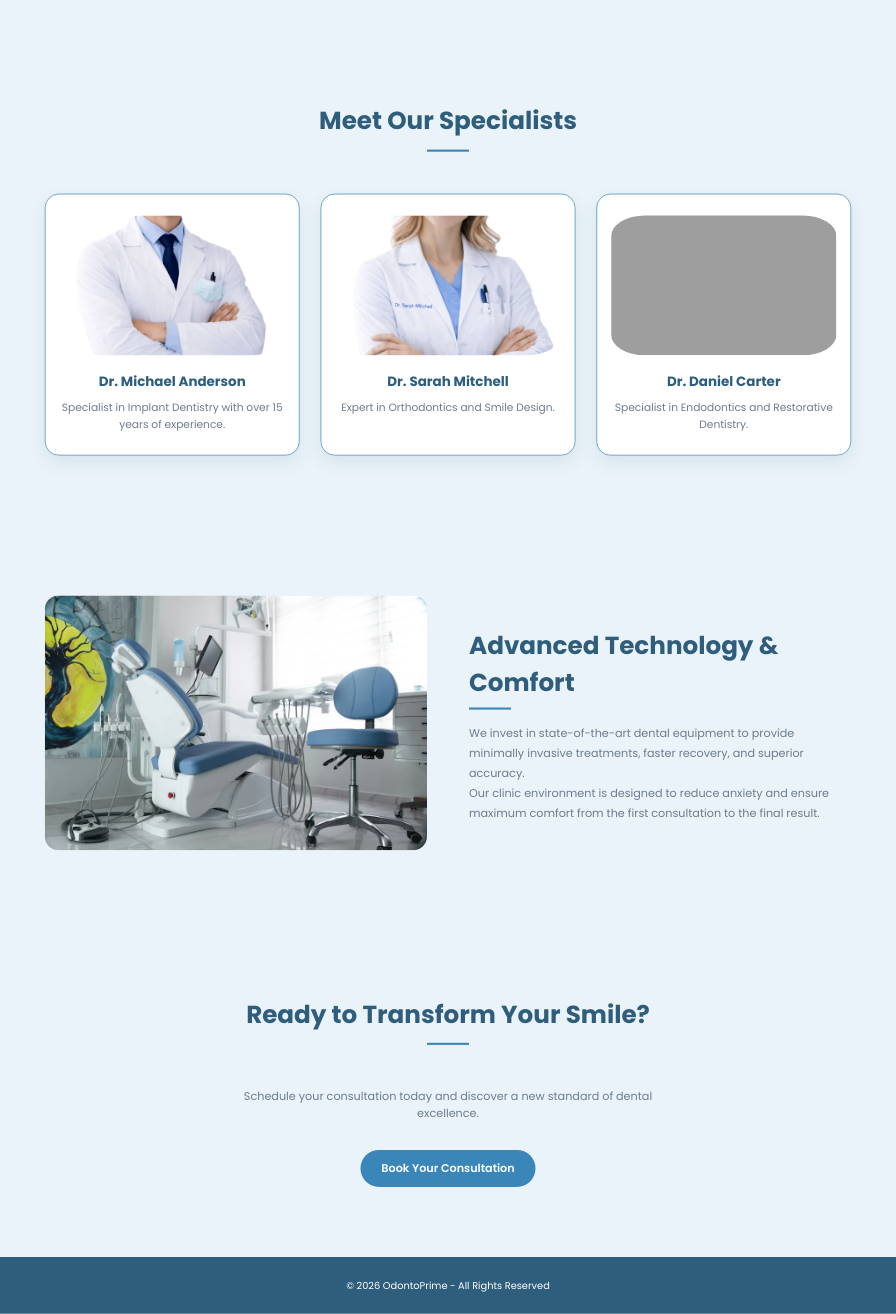
Repository: davidfsillva/OdontoPrime
Page: about.html
An editor plug-in stored every save of this project. The page is shown before and after the next save, followed by the edit.
The browser window is 1280 px wide. The pictures show the part of the page from y = 1534 to 3454 px (the page is 3411 px tall before and 3454 px after), at 70% of full size.
Pictures or frames that could not be fetched are drawn as grey boxes. A picture or video elsewhere on the page could not be fetched, so the positions and the page height are approximate.

Above is the page before, as saved 2026-02-16 22:59:51.

### about.html
<!DOCTYPE html>
<html lang="en">
<head>
<meta charset="UTF-8">
<meta name="viewport" content="width=device-width, initial-scale=1.0">
<title>About - OdontoPrime Excellence</title>

<link rel="stylesheet" href="style.css">
<link href="https://fonts.googleapis.com/css2?family=Poppins:wght@300;400;600;700&display=swap" rel="stylesheet">
</head>


<body>

<!-- HEADER -->
<header>
    <div class="container nav-container">
        <div class="logo">OdontoPrime</div>

        <nav id="nav">
            <a href="index.html">Home</a>
            <a href="about.html" class="active">About</a>
            <a href="services.html">Services</a>
            <a href="contact.html">Contact</a>
        </nav>

        <div class="menu-toggle" onclick="toggleMenu()">☰</div>
    </div>
</header>

<!-- HERO ABOUT -->
<section class="hero hero-about">
    <div class="container hero-content">
        <div class="hero-text">
            <h1>About OdontoPrime Excellence</h1>
            <p>
                Dedicated to delivering advanced dental care with precision,
                innovation, and a patient-centered approach.
            </p>
        </div>
    </div>
</section>

<!-- OUR STORY -->
<section class="about-preview">
    <div class="container about-grid">
        <div class="about-text">
            <h2>Our Story</h2>
            <p>
                Founded over a decade ago, OdontoPrime Excellence was created with a clear mission:
                to redefine modern dentistry through innovation, comfort, and excellence.
                Our clinic combines advanced technology with a humanized approach,
                ensuring each patient receives personalized and comprehensive care.
            </p>

            <p>
                Over the years, we have built a reputation for delivering long-lasting results,
                aesthetic precision, and preventive solutions that promote complete oral health.
            </p>
        </div>

        <div class="about-image">
            <img src="img/clinic-interior.webp" alt="Dental clinic interior">
        </div>
    </div>
</section>

<!-- MISSION VISION VALUES -->
<section class="departments">
    <div class="container">
        <h2>Our Principles</h2>

        <div class="dept-grid">

            <div class="card">
                <h3>Our Mission</h3>
                <p>
                    To provide exceptional dental care using modern techniques,
                    ensuring comfort, safety, and long-term oral health.
                </p>
            </div>

            <div class="card">
                <h3>Our Vision</h3>
                <p>
                    To become a reference in advanced aesthetic and restorative dentistry,
                    recognized for innovation and patient satisfaction.
                </p>
            </div>

            <div class="card">
                <h3>Our Values</h3>
                <p>
                    Ethics, transparency, precision, empathy, and commitment
                    to excellence in every treatment performed.
                </p>
            </div>

        </div>
    </div>
</section>

<!-- OUR TEAM -->
<section class="departments about-cards">
    <div class="container">
        <h2>Meet Our Specialists</h2>

        <div class="dept-grid">

            <div class="card">
                <img src="img/dr - Copia.png" alt="Lead dentist">
                <h3>Dr. Michael Anderson</h3>
                <p>Specialist in Implant Dentistry with over 15 years of experience.</p>
            </div>

            <div class="card">
                <img src="img/sara.png" alt="Orthodontist">
                <h3>Dr. Sarah Mitchell</h3>
                <p>Expert in Orthodontics and Smile Design.</p>
            </div>

            <div class="card">
                <img src="img/dentist3.webp" alt="Endodontist">
                <h3>Dr. Daniel Carter</h3>
                <p>Specialist in Endodontics and Restorative Dentistry.</p>
            </div>

        </div>
    </div>
</section>

<!-- WHY CHOOSE US EXTENDED -->
<section class="about-preview">
    <div class="container about-grid">

        <div class="about-image">
            <img src="img/photo.webp" alt="Dental technology">
        </div>

        <div class="about-text">
            <h2>Advanced Technology & Comfort</h2>
            <p>
                We invest in state-of-the-art dental equipment to provide
                minimally invasive treatments, faster recovery, and superior accuracy.
            </p>

            <p>
                Our clinic environment is designed to reduce anxiety and ensure
                maximum comfort from the first consultation to the final result.
            </p>
        </div>

    </div>
</section>

<!-- CALL TO ACTION -->
<section class="departments">
    <div class="container" style="text-align:center;">
        <h2>Ready to Transform Your Smile?</h2>
        <p style="max-width:600px; margin:20px auto; color:var(--text-medium);">
            Schedule your consultation today and discover a new standard of dental excellence.
        </p>

        <a href="contact.html" class="btn-view">Book Your Consultation</a>
    </div>
</section>

<!-- FOOTER -->
<footer>
    <p>© 2026 OdontoPrime - All Rights Reserved</p>
</footer>


<!-- BOTÃO VOLTAR AO TOPO -->
<a href="#" class="back-to-top" id="backToTop">↑</a>

<script src="script.js"></script>


</body>
</html>

### style.css
:root{

    --primary-blue: #2F5D7C;
    --secondary-blue: #4F7FA3;
    --accent-blue: #3A86B9;

    --bg-light: #EAF3F9;
    --white: #FFFFFF;
    --off-white: #E6EEF5;

    --text-dark: #2E3A46;
    --text-medium: #6B7C8F;

    --hero-gradient-start: rgba(47, 93, 124, 0.95);
    --hero-gradient-end: rgba(79, 127, 163, 0.85);

    --shadow-soft: 0 5px 20px rgba(47, 93, 124, 0.08);
}

*{
    margin:0;
    padding:0;
    box-sizing:border-box;
    font-family:'Poppins', sans-serif;
}

body{
    background:var(--bg-light);
    color:var(--text-dark);
}

.container{
    width:90%;
    max-width:1200px;
    margin:auto;
}

/* HEADER */

nav{
    display:flex;
    align-items:center;
}

header{
    position:absolute;
    width:100%;
    padding:25px 0;
    z-index:1000;
    background:transparent;
}

.nav-container{
    display:flex;
    justify-content:space-between;
    align-items:center;
}

.logo{
    font-weight:700;
    font-size:1.9rem;
    color:var(--white);
    text-shadow: 0 3px 8px rgba(0, 0, 0, 0.5);
}

nav a{
    margin-left:25px;
    text-decoration:none;
    color:var(--white);
    font-weight:500;
    transition:0.3s;
}

nav a:hover{
    color:var(--accent-blue);
}

.menu-toggle{
    display:none;
    font-size:24px;
    cursor:pointer;
    color:var(--white);
}

nav a.active{
    color: var(--accent-blue);
    font-weight: 600;
    position: relative;
}

/* HERO */

.hero{
    min-height:100vh;
    display:flex;
    align-items:center;
    background:
    linear-gradient(to right,
    rgba(79, 127, 163, 0.438),
    rgba(58, 134, 185, 0.048)),
    url('img/hero.webp') center/cover no-repeat;
    color:var(--white);
    padding:0 0;
    position:relative;
}

.hero-content{
    width:100%;
}

.hero-text{
    max-width:600px;
}

.hero h1{
    font-size:2.8rem;
    margin-bottom:20px;
    font-weight:700;
    line-height:1.2;
    text-shadow: 0 3px 8px rgba(0, 0, 0, 0.5);
}

.hero p{
    margin-bottom:25px;
    max-width:500px;
    font-size:16px;
    line-height:1.6;
    color:var(--white);
    text-shadow: 0 3px 8px rgba(0, 0, 0, 0.5);
}

.hero-about{
    background: var(--primary-blue);
    min-height: 60vh;
}


/* HERO STATS */

.hero-stats{
    position:absolute;
    bottom:0px;
    left:60%;
    transform:translateX(-50%);
    width:90%;
    max-width:1100px;
    display:grid;
    grid-template-columns:repeat(auto-fit, minmax(180px,1fr));
    gap:20px;
    padding:25px 40px;
    background:rgba(255,255,255,0.15);
    backdrop-filter:blur(15px);
    -webkit-backdrop-filter:blur(15px);
    border-radius:20px 0px 0px 0px;
    border:1px solid rgba(255,255,255,0.2);
}

.stat-item{
    text-align:center;
    color:var(--white);
}

.stat-item h2{
    font-size:2rem;
    font-weight:700;
}

.stat-item p{
    font-size:0.9rem;
    opacity:0.9;
}

/* BUTTONS */

.btn{
    padding:14px 30px;
    background:var(--white);
    border:none;
    color:var(--primary-blue);
    font-weight:600;
    border-radius:30px;
    cursor:pointer;
    transition:0.3s;
}

.btn:hover{
    background:var(--accent-blue);
    color:var(--white);
    transform:translateY(-3px);
}

.btn-view {
    padding:14px 30px;
    background:var(--accent-blue);
    border:none;
    color:var(--white);
    font-weight:600;
    border-radius:30px;
    cursor:pointer;
    transition:0.3s;
    text-decoration: none;
    text-align: center;
    display: block;
    width: fit-content;
    margin:40px auto 0;
}

.btn-view:hover {
    transform: translateY(-5px);
    box-shadow: 0 15px 30px rgba(0,0,0,0.2);
}

/* ABOUT */
.about-image{
    position:relative;
    overflow:hidden;
}


.about-preview{
    padding:100px 0;
}

.about-grid{
    display:grid;
    grid-template-columns:1fr 1fr;
    gap:60px;
    align-items:center;
}

.about-text h2{
    font-size:2.2rem;
    color:var(--primary-blue);
    margin-bottom:20px;
    position:relative;
}

.about-text h2::after{
    content:"";
    width:60px;
    height:3px;
    background:var(--accent-blue);
    display:block;
    margin-top:10px;
}

.about-text p{
    font-size:16px;
    line-height:1.8;
    color:var(--text-medium);
}

.about-grid img:not(.lead-dentist){
    width:100%;
    border-radius:20px;
}

.lead-dentist {
    border-radius: 30px; /* cantos arredondados */
    width: 60%;
    height: auto;
    margin: 0 auto;
    box-shadow: 0 8px 20px rgba(0,0,0,0.2); /* opcional: sombra suave */
    display: flex;
    justify-content: center; /* centraliza horizontalmente */
    align-items: center;     /* centraliza verticalmente se tiver altura */
}

/* DEPARTMENTS */

.departments{
    padding:100px 0;
}

.departments h2{
    text-align:center;
    font-size:2.2rem;
    color:var(--primary-blue);
    margin-bottom:60px;
    position:relative;
}

.departments h2::after{
    content:"";
    width:60px;
    height:3px;
    background:var(--accent-blue);
    display:block;
    margin:15px auto 0;
}

.dept-grid{
    display:grid;
    grid-template-columns: repeat(auto-fit, minmax(280px, 1fr));
    gap:30px;
}


.card {
    background:var(--white);
    padding:35px 25px;
    text-align:center;
    border-radius:18px;
    box-shadow:0 8px 25px rgba(47,93,124,0.08);
    transition:0.3s ease;


    border-radius: 0 0 0 32px;
    border:1px solid #3A86B9;

}

.why-card{
    border: none;
}


.card:hover{
    transform:translateY(-6px);
    box-shadow:0 15px 35px rgba(47,93,124,0.15);
}

.card img{
    width:60px;
    margin-bottom:15px;
}

.card h3{
    font-size:18px;
    margin-bottom:12px;
    color:var(--primary-blue);
}

.card p{
    font-size:14px;
    line-height:1.6;
    color:var(--text-medium);
}

/* WHY SECTION FULL IMAGE CARDS */

.why-card {
    position: relative;
    overflow: hidden;
    padding: 0;
    height: 350px;
    border-radius: 20px;
}

.why-card img {
    width: 100%;
    height: 100%;
    object-fit: cover;
    display: block;
}

.why-card .card-content {
    position: absolute;
    bottom: 0;
    width: 100%;
    padding: 25px;
    background: linear-gradient(
        to top,
        rgba(0,0,0,0.75),
        rgba(0,0,0,0.2)
    );
    color: var(--white);
}

.why-card h3 {
    margin-bottom: 8px;
    color: var(--white);
}

.why-card p {
    color: rgba(255,255,255,0.9);
    font-size: 14px;
}


/* WHY US */

.why-us{
    padding:100px 0;
    background:var(--white);
}

.why-us h2{
    text-align:center;
    font-size:2.2rem;
    margin-bottom:60px;
    color:var(--primary-blue);
    position:relative;
}

.why-us h2::after{
    content:"";
    width:60px;
    height:3px;
    background:var(--accent-blue);
    display:block;
    margin:15px auto 0;
}

.contact-grid{
    display:grid;
    grid-template-columns:1fr 1fr;
    gap:60px;
    align-items:start;
}

/* BOTÃO VOLTAR AO TOPO */
.back-to-top {
    position: fixed;       /* fixa na tela */
    bottom: 30px;          /* distância do rodapé */
    right: 30px;           /* distância da borda direita */
    background: var(--accent-blue);
    color: var(--white);
    padding: 12px 18px;
    border-radius: 50px;   /* deixa arredondado */
    text-decoration: none;
    font-weight: 600;
    font-size: 12px;
    box-shadow: 0 8px 20px rgba(0,0,0,0.2);
    transition: 0.3s;
    opacity: 0;            /* inicialmente invisível */
    pointer-events: none;  /* não clicável até aparecer */
    z-index: 1000;
}

.back-to-top:hover {
    background: var(--off-white);
    transform: translateY(-3px);
    color: black;
}

/* quando visível */
.back-to-top.show {
    opacity: 1;
    pointer-events: auto;
}

/* CARDS ESPECÍFICOS DA PÁGINA ABOUT */
.departments.about-cards .card {
    border-radius: 20px;       /* cantos arredondados diferentes */
    padding: 30px 20px;        /* ajuste do padding */
    box-shadow: 0 10px 25px rgba(47,93,124,0.1); /* sombra personalizada */
    transition: transform 0.3s ease, box-shadow 0.3s ease;
}

.departments.about-cards .card:hover {
    transform: translateY(-5px);
    box-shadow: 0 15px 35px rgba(47,93,124,0.2);
}

.departments.about-cards .card h3 {
    font-size: 1.2rem;
    color: var(--primary-blue);
}

.departments.about-cards .card p {
    font-size: 0.95rem;
    line-height: 1.6;
    color: var(--text-medium);
}

/* CARDS ABOUT - imagens maiores */
.departments.about-cards .card img {
    width: 100%;        /* aumenta a largura da imagem */
    height: 200px;       /* altura proporcional */
    object-fit: cover;  /* garante que a imagem preencha sem distorcer */
    border-radius: 15%; /* opcional: deixa a imagem redonda */
}





/* FOOTER */

footer{
    background:var(--primary-blue);
    color:var(--white);
    text-align:center;
    padding:30px;
    font-size:14px;
}

/* RESPONSIVE */

/* =========================
   RESPONSIVE
========================= */
@media (max-width: 768px) {

    /* NAVIGATION */
    nav {
        position: absolute;
        top: 80px;
        right: 0;
        background: var(--white);
        flex-direction: column;
        width: 200px;
        display: none;
        box-shadow: var(--shadow-soft);
    }

    nav a {
        padding: 15px;
        margin: 0;
        border-bottom: 1px solid var(--off-white);
        color: var(--text-dark);
    }

    nav.active {
        display: flex;
    }

    .menu-toggle {
        display: block;
    }

        /* HERO INTERNO (about, services, contact) */
    .hero-about,
    .hero-services,
    .hero-contact {
        min-height: 45vh;
        display: flex;
        align-items: center;
        justify-content: center;
        text-align: center;
        padding: 100px 20px 40px;
    }

    .hero-about h1,
    .hero-services h1,
    .hero-contact h1 {
        font-size: 1.6rem;
    }

    .hero-about p,
    .hero-services p,
    .hero-contact p {
        font-size: 0.95rem;
        max-width: 100%;
        margin: 0 auto;
    }

    /* ABOUT GRID */
    .about-grid {
        grid-template-columns: 1fr;
        gap: 30px;
        text-align: center;
    }

    .about-text h2 {
        font-size: 1.6rem;
    }

    /* DEPARTMENTS / SERVICES GRID */
    .dept-grid {
        grid-template-columns: 1fr;
        gap: 20px;
    }

    .card {
        padding: 25px 20px;
    }

    /* WHY SECTION */
    .why-us {
        padding: 70px 0;
    }

    .why-card {
        height: 280px;
    }

    /* CONTACT PAGE (caso tenha form grid) */
    .contact-grid {
        grid-template-columns: 1fr;
        gap: 30px;
    }

    .contact-form input,
    .contact-form textarea {
        width: 100%;
    }

    .hero {
        flex-direction: column;
        justify-content: center;
        align-items: center;
        text-align: center;
        padding: 20px 20px 0;
        background:
            linear-gradient(to top,
            rgba(47, 93, 124, 0.048),
            rgba(47, 93, 124, 0.2)),
            url('img/hero-mobile.webp') center/cover no-repeat;
    }



    .hero h1 {
        font-size: 1.8rem;
    }

    .hero p {
        max-width: 100%;
    }

        .hero-stats {
        left: 50%;
        transform: translateX(-50%);
        width: 95%;
        max-width: 100%;
        border-radius: 20px 20px 0 0;
        padding: 10px 12px 10px;
        gap: 1px;
        grid-template-columns: repeat(2, 1fr);
    }

    .stat-item h2 {
        font-size: 1.4rem;
    }

    .stat-item p {
        font-size: 0.75rem;
    }



}

### script.js
// TOGGLE MENU MOBILE
function toggleMenu() {
    document.getElementById("nav").classList.toggle("active");
}

// BOTÃO VOLTAR AO TOPO
const backToTopButton = document.getElementById('backToTop');

// Mostrar o botão quando a página for rolada 300px ou mais
window.addEventListener('scroll', () => {
    if (window.scrollY > 300) {
        backToTopButton.classList.add('show');
    } else {
        backToTopButton.classList.remove('show');
    }
});

// Rolar suavemente até o topo ao clicar
backToTopButton.addEventListener('click', (e) => {
    e.preventDefault();
    window.scrollTo({ top: 0, behavior: 'smooth' });
});

After the next save:
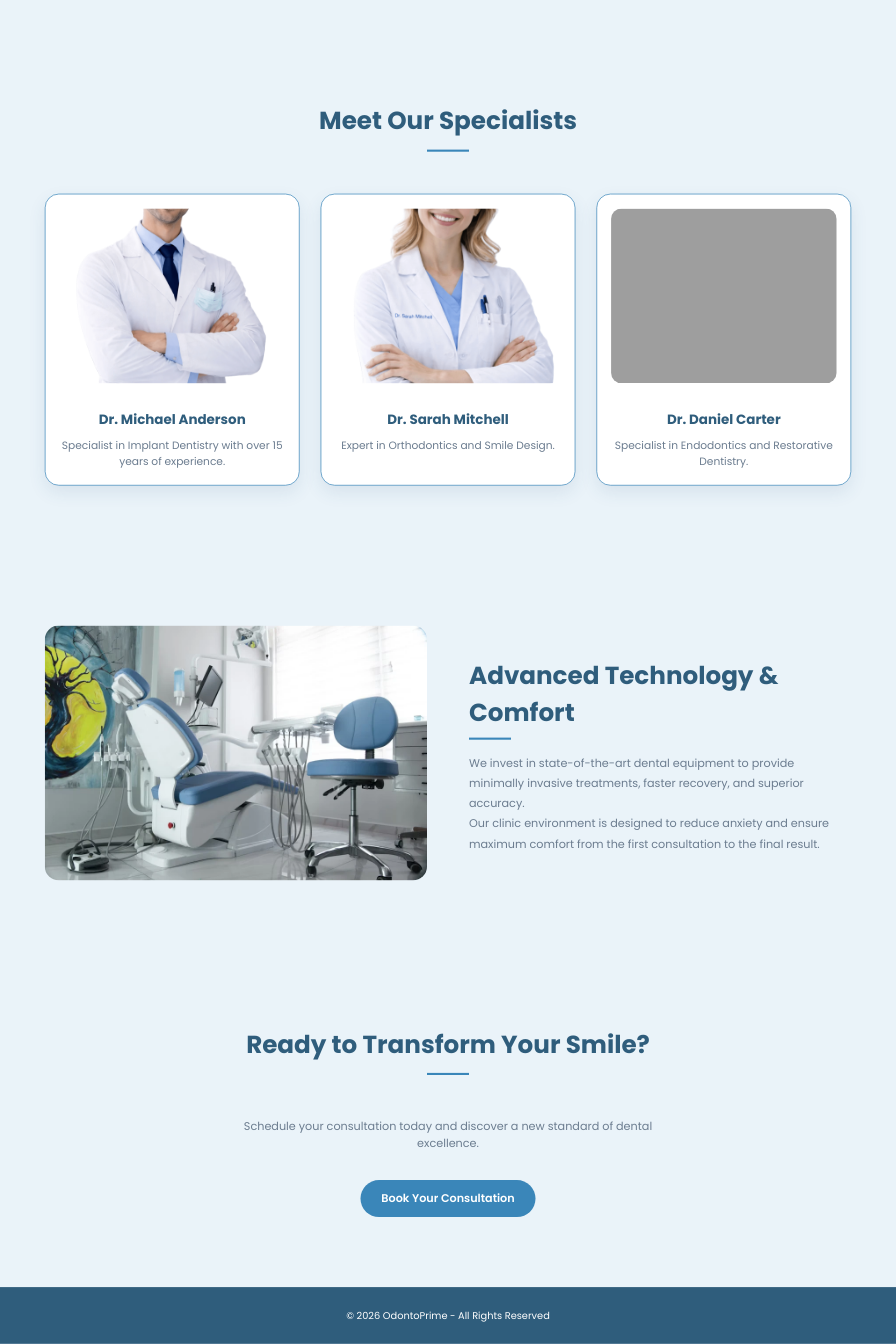
Saved 2 min 9 s later.
--- a/style.css
+++ b/style.css
@@ -442,20 +442,24 @@ nav a.active{
 
 /* CARDS ESPECÍFICOS DA PÁGINA ABOUT */
 .departments.about-cards .card {
-    border-radius: 20px;       /* cantos arredondados diferentes */
-    padding: 30px 20px;        /* ajuste do padding */
-    box-shadow: 0 10px 25px rgba(47,93,124,0.1); /* sombra personalizada */
+    border-radius: 20px;
+    padding: 20px;
+    box-shadow: 0 10px 25px rgba(47,93,124,0.1);
     transition: transform 0.3s ease, box-shadow 0.3s ease;
-}
-
+    text-align: center;
+}
+
+/* Hover */
 .departments.about-cards .card:hover {
     transform: translateY(-5px);
     box-shadow: 0 15px 35px rgba(47,93,124,0.2);
 }
 
+/* Card titles and text */
 .departments.about-cards .card h3 {
     font-size: 1.2rem;
     color: var(--primary-blue);
+    margin: 15px 0 10px;
 }
 
 .departments.about-cards .card p {
@@ -464,13 +468,15 @@ nav a.active{
     color: var(--text-medium);
 }
 
-/* CARDS ABOUT - imagens maiores */
+/* Imagem maior e proporcional */
 .departments.about-cards .card img {
-    width: 100%;        /* aumenta a largura da imagem */
-    height: 200px;       /* altura proporcional */
-    object-fit: cover;  /* garante que a imagem preencha sem distorcer */
-    border-radius: 15%; /* opcional: deixa a imagem redonda */
-}
+    width: 100%;          /* ocupa toda a largura do card */
+    height: 250px;        /* altura maior */
+    object-fit: cover;    /* mantém proporção e recorta excesso */
+    border-radius: 15px;  /* cantos arredondados */
+    margin-bottom: 15px;  /* separação do texto */
+}
+
 
 
 
